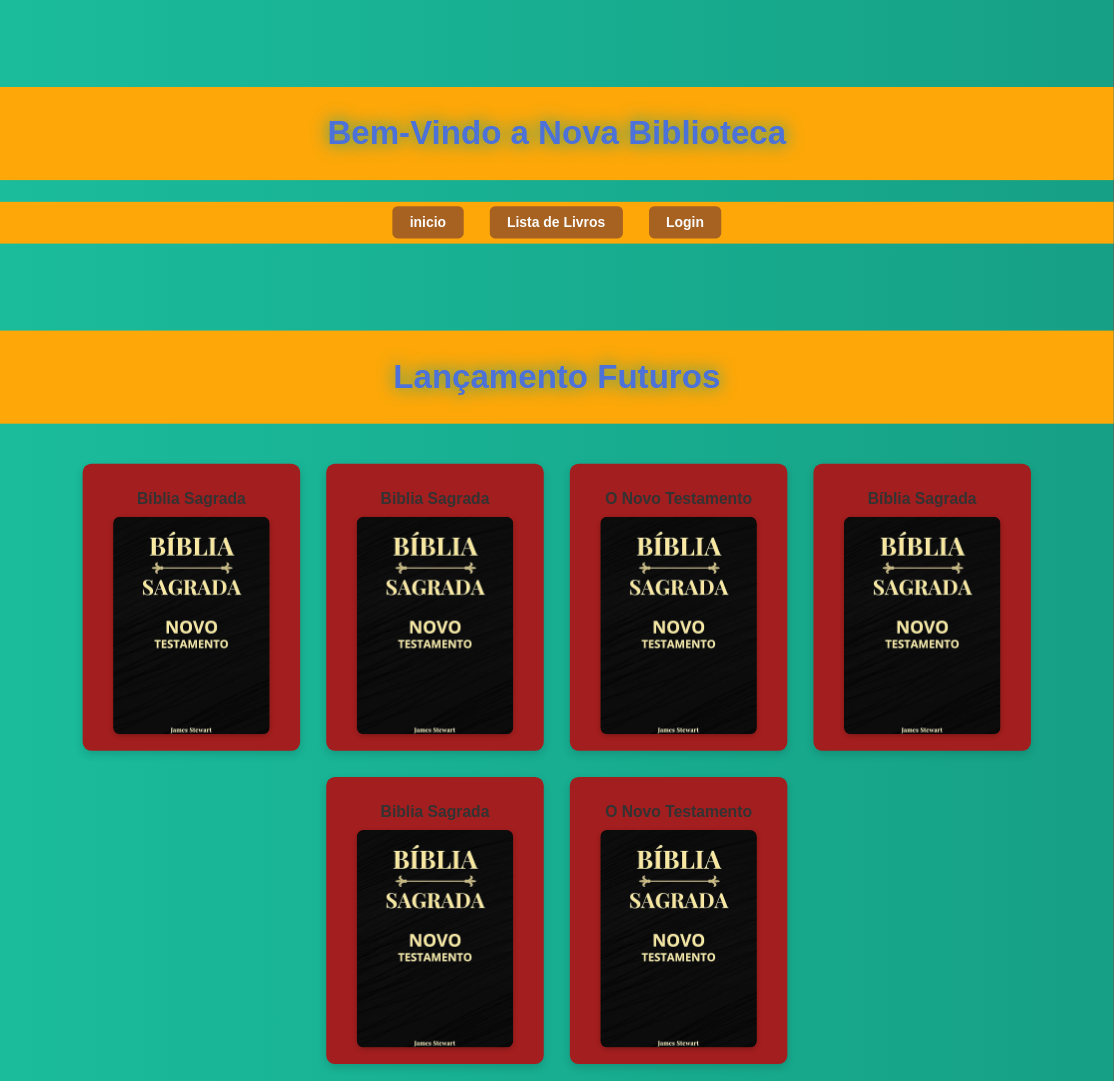
Repository: cleytonds/Biblioteca
Page: templates/Biblioteca_usuario.HTML
An editor plug-in stored every save of this project. The page is shown before and after a run of saves, followed by the edit.
The browser window is 1280 px wide. The pictures show the whole page, at 87% of full size.

Above is the page before, as saved 2025-11-17 10:39:40.

After the next 2 saves:
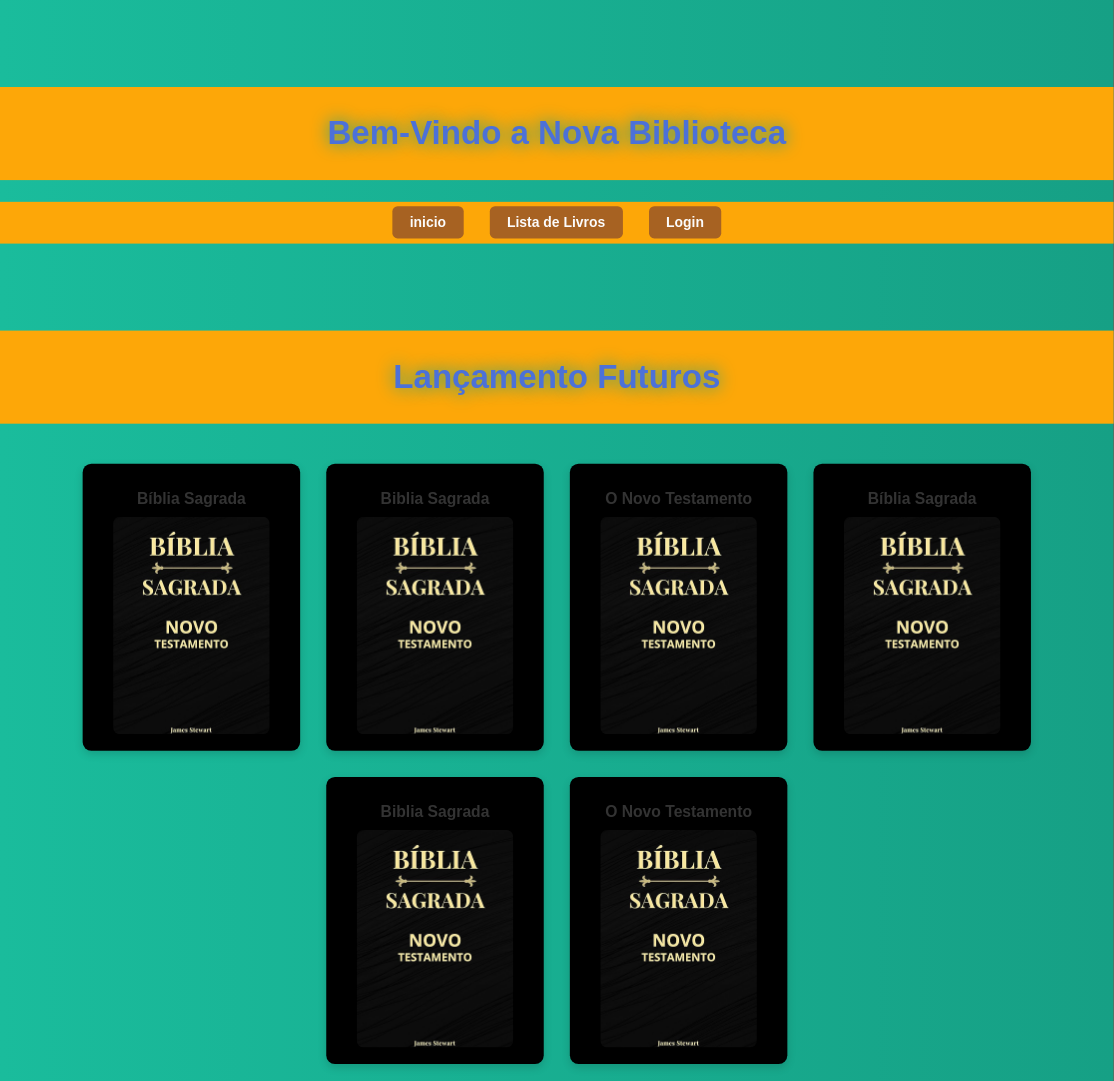
The 2 saves are shown as one change because they came seconds apart.
The last was saved 10 s later.
--- a/Static/indexStyle.css
+++ b/Static/indexStyle.css
@@ -101,7 +101,7 @@
 
 /* Cada article e aside se comportam como caixinhas */
 article, aside {
-    background-color: rgb(163, 30, 30);
+    background-color: rgb(0, 0, 0);
     border-radius: 10px;
     box-shadow: 0 4px 10px rgba(0,0,0,0.15);
     text-align: center;
